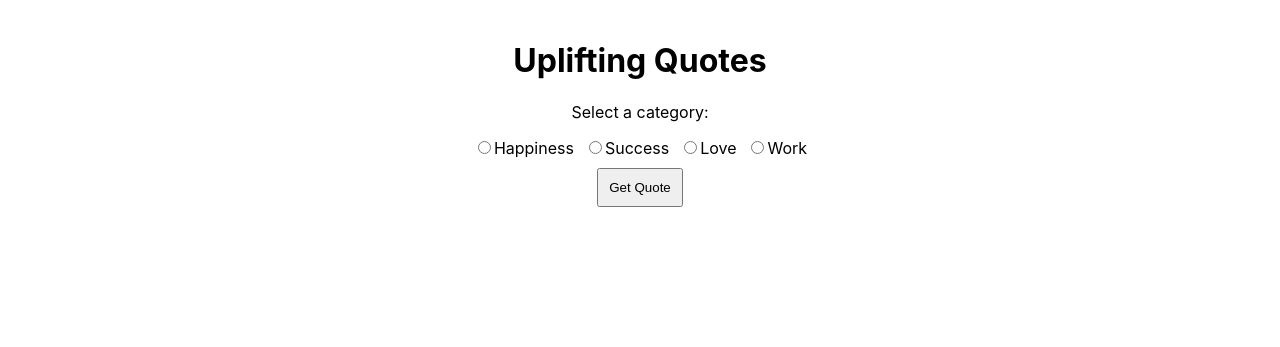
Repository: Allen-Feng-04/Advice_Generator
Page: /
An editor plug-in stored every save of this project. The page is shown before and after the next save, followed by the edit.
The browser window is 1280 px wide. The pictures show the whole page.
The project was rebuilt for these pictures with package versions that can differ from the ones it lists, and the page was loaded fresh each time.

Above is the page before, as saved 2024-10-27 00:27:31.

### public/index.html
<!DOCTYPE html>
<html lang="en">
  <head>
    <meta charset="utf-8" />
    <link rel="icon" href="%PUBLIC_URL%/favicon.ico" />
    <meta name="viewport" content="width=device-width, initial-scale=1" />
    <meta name="theme-color" content="#000000" />
    <meta
      name="description"
      content="Web site created using create-react-app"
    />
    <link rel="apple-touch-icon" href="%PUBLIC_URL%/logo192.png" />
    <!--
      manifest.json provides metadata used when your web app is installed on a
      user's mobile device or desktop. See https://developers.google.com/web/fundamentals/web-app-manifest/
    -->
    <link rel="manifest" href="%PUBLIC_URL%/manifest.json" />
    <!--
      Notice the use of %PUBLIC_URL% in the tags above.
      It will be replaced with the URL of the `public` folder during the build.
      Only files inside the `public` folder can be referenced from the HTML.

      Unlike "/favicon.ico" or "favicon.ico", "%PUBLIC_URL%/favicon.ico" will
      work correctly both with client-side routing and a non-root public URL.
      Learn how to configure a non-root public URL by running `npm run build`.
    -->
    <title>React Appdd</title>
  </head>
  <body>
    <noscript>You need to enable JavaScript to run this appfff.</noscript>
    <div id="root"></div>
    <!--
      This HTML file is a template.
      If you open it directly in the browser, you will see an empty page.

      You can add webfonts, meta tags, or analytics to this file.
      The build step will place the bundled scripts into the <body> tag.

      To begin the development, run `npm start` or `yarn start`.
      To create a production bundle, use `npm run build` or `yarn build`.
    -->
  </body>
</html>

### src/App.js
import React, { useState } from 'react';

function App() {
    // State to store the selected keyword
    const [keyword, setKeyword] = useState('');
    // State to store the quote and author fetched from the API
    const [quote, setQuote] = useState('');
    const [author, setAuthor] = useState('');

    // Function to fetch a quote based on the selected keyword
    const fetchQuote = async () => {
        const apiUrl = `https://insult.mattbas.org/api/insult.json?who=Allen+Feng`;
        try {
            const response = await fetch(apiUrl);
            var data = await response.json();
            setQuote(data["insult"]); // Set the quote text
            setAuthor("Years Old"); // Set the author of the quote
        } catch (error) {
            setQuote("Error fetching quote. Please try again later.");
            setAuthor("");
        }
    };

    // Function to handle form submission
    const handleSubmit = (e) => {
        e.preventDefault();
        fetchQuote();
    };

    return (
        <div style={{ textAlign: 'center', padding: '20px' }}>
            <h1>Uplifting Quotes</h1>
            <form onSubmit={handleSubmit}>
                <p>Select a category:</p>
                <label>
                    <input
                        type="radio"
                        value="happiness"
                        checked={keyword === "happiness"}
                        onChange={(e) => setKeyword(e.target.value)}
                    />
                    Happiness
                </label>
                <label style={{ marginLeft: '10px' }}>
                    <input
                        type="radio"
                        value="success"
                        checked={keyword === "success"}
                        onChange={(e) => setKeyword(e.target.value)}
                    />
                    Success
                </label>
                <label style={{ marginLeft: '10px' }}>
                    <input
                        type="radio"
                        value="love"
                        checked={keyword === "love"}
                        onChange={(e) => setKeyword(e.target.value)}
                    />
                    Love
                </label>
                <label style={{ marginLeft: '10px' }}>
                    <input
                        type="radio"
                        value="work"
                        checked={keyword === "work"}
                        onChange={(e) => setKeyword(e.target.value)}
                    />
                    Work
                </label>
                <br />
                <button type="submit" style={{ padding: '10px', marginTop: '10px' }}>Get Quote</button>
            </form>
            <div style={{ marginTop: '20px' }}>
                {quote && <p style={{ fontSize: '1.5em', fontStyle: 'italic' }}>"{quote}"</p>}
                {author && <p style={{ fontWeight: 'bold' }}>- {author}</p>}
            </div>
        </div>
    );
}

export default App;

Loaded but not shown: src/index.js (common file); src/index.css (common file); src/reportWebVitals.js (common file)

After the next save:
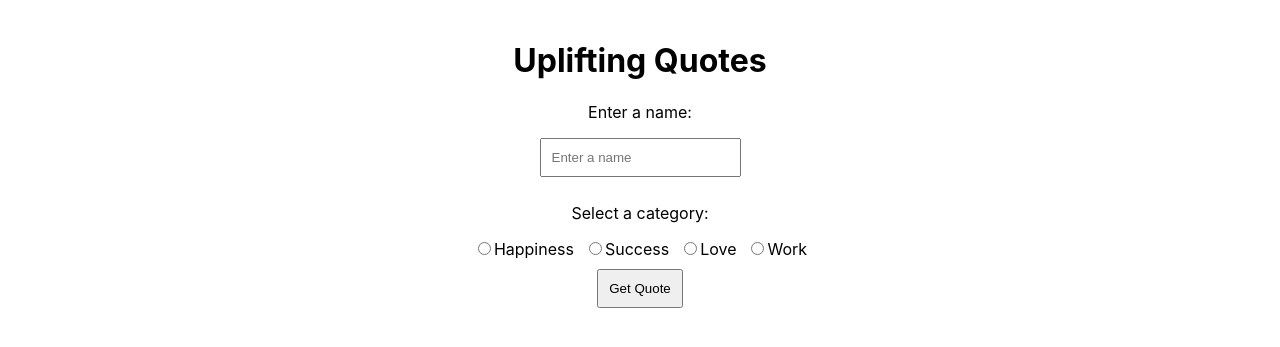
Saved 4 min 8 s later.
--- a/src/App.js
+++ b/src/App.js
@@ -3,21 +3,20 @@ import React, { useState } from 'react';
 function App() {
     // State to store the selected keyword
     const [keyword, setKeyword] = useState('');
-    // State to store the quote and author fetched from the API
+    // State to store the entered name
+    const [name, setName] = useState('');
+    // State to store the quote fetched from the API
     const [quote, setQuote] = useState('');
-    const [author, setAuthor] = useState('');
 
     // Function to fetch a quote based on the selected keyword
     const fetchQuote = async () => {
-        const apiUrl = `https://insult.mattbas.org/api/insult.json?who=Allen+Feng`;
+        const apiUrl = `https://insult.mattbas.org/api/insult.json?who=${encodeURIComponent(name || 'Friend')}`;
         try {
             const response = await fetch(apiUrl);
-            var data = await response.json();
-            setQuote(data["insult"]); // Set the quote text
-            setAuthor("Years Old"); // Set the author of the quote
+            const data = await response.json();
+            setQuote(data.insult); // Set the quote text
         } catch (error) {
             setQuote("Error fetching quote. Please try again later.");
-            setAuthor("");
         }
     };
 
@@ -31,6 +30,14 @@ function App() {
         <div style={{ textAlign: 'center', padding: '20px' }}>
             <h1>Uplifting Quotes</h1>
             <form onSubmit={handleSubmit}>
+                <p>Enter a name:</p>
+                <input
+                    type="text"
+                    value={name}
+                    onChange={(e) => setName(e.target.value)}
+                    placeholder="Enter a name"
+                    style={{ padding: '10px', marginBottom: '10px' }}
+                />
                 <p>Select a category:</p>
                 <label>
                     <input
@@ -73,7 +80,6 @@ function App() {
             </form>
             <div style={{ marginTop: '20px' }}>
                 {quote && <p style={{ fontSize: '1.5em', fontStyle: 'italic' }}>"{quote}"</p>}
-                {author && <p style={{ fontWeight: 'bold' }}>- {author}</p>}
             </div>
         </div>
     );
